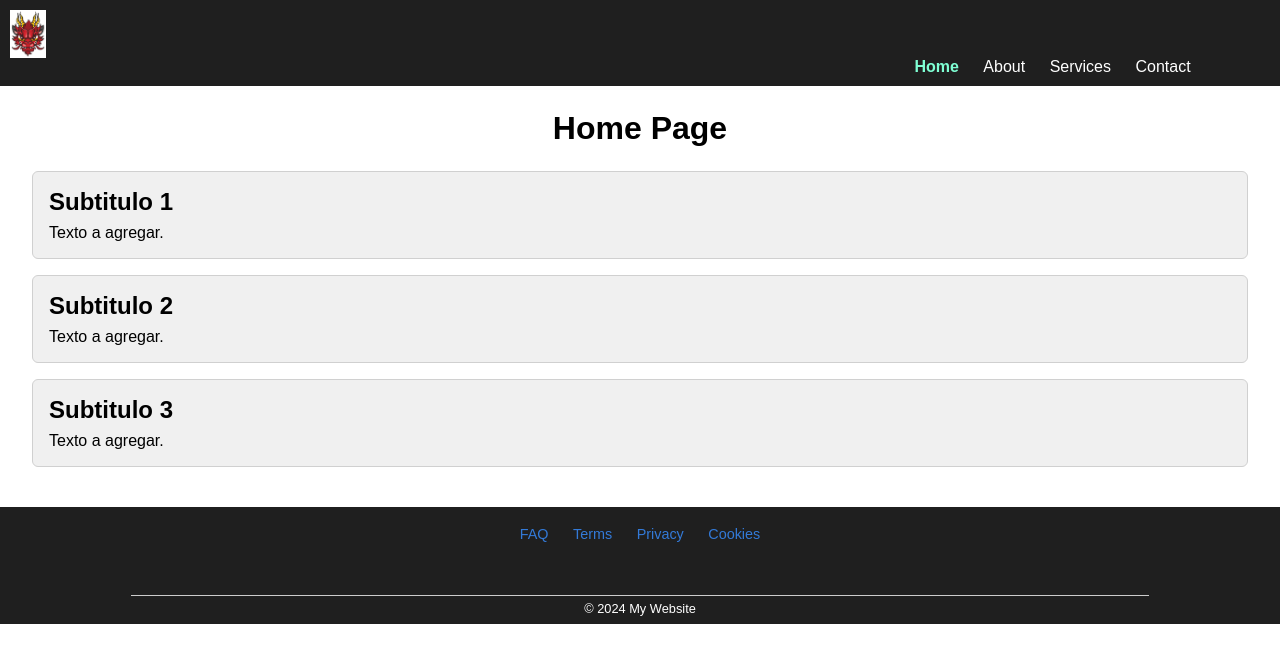
Repository: andreamm-lab/basic-navigation-example-2025-10
Page: index.html
These files come from the project's save history. The page is drawn as it stood at one moment and after the next save; the edit follows.
The browser window is 1280 px wide. The pictures show the whole page.

Above is the page before, as saved 2025-11-06 19:55:58.

After the next save:
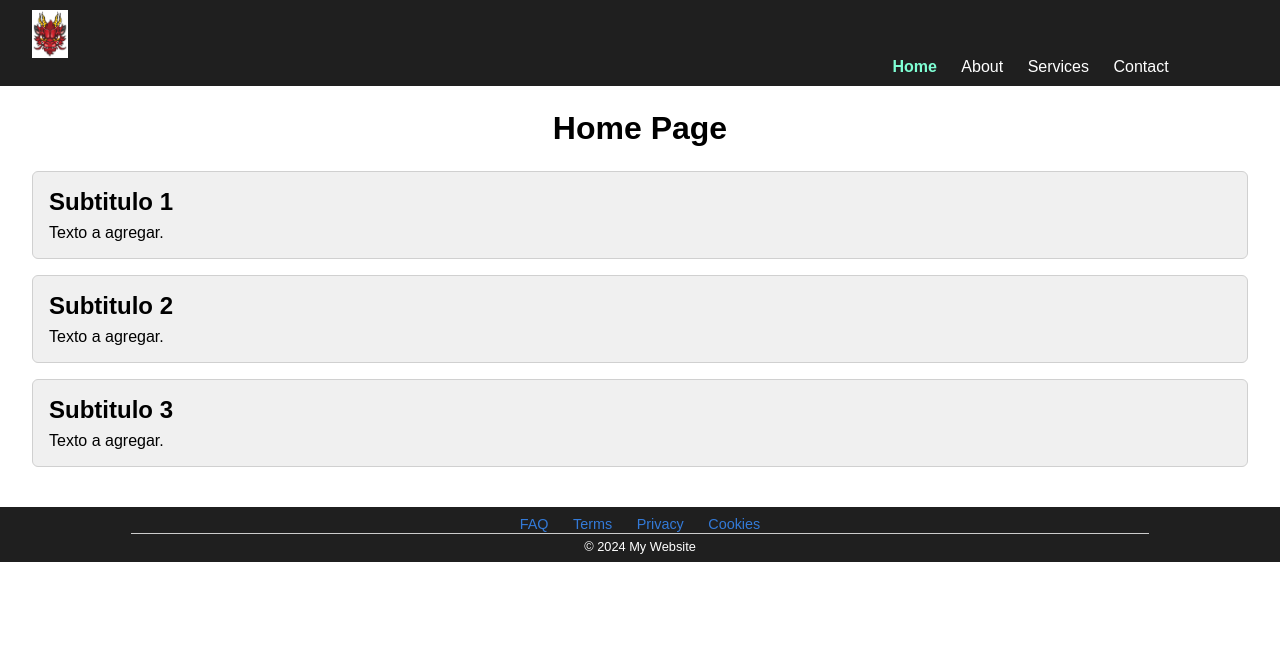
Saved 2 min 44 s later.
--- a/main.css
+++ b/main.css
@@ -18,9 +18,16 @@ body {
 /* 2.---------------------------------------- Header - Upper Menu - Encabezado ---------------------------------*/
 
 /* background box and colors */
-/* nav: means both header and footer */
+/* nav: means both header and footer
 nav {
     padding: 10px 10px;
+    min-height: 80px;
+    background-color: #1F1F1F;
+}
+*/
+
+header nav {
+    padding: 10px 32px;
     min-height: 80px;
     background-color: #1F1F1F;
 }
@@ -181,7 +188,7 @@ main {
 
 
 }
-
++++++++++++
 
 #main-footer nav {
     width: auto;
